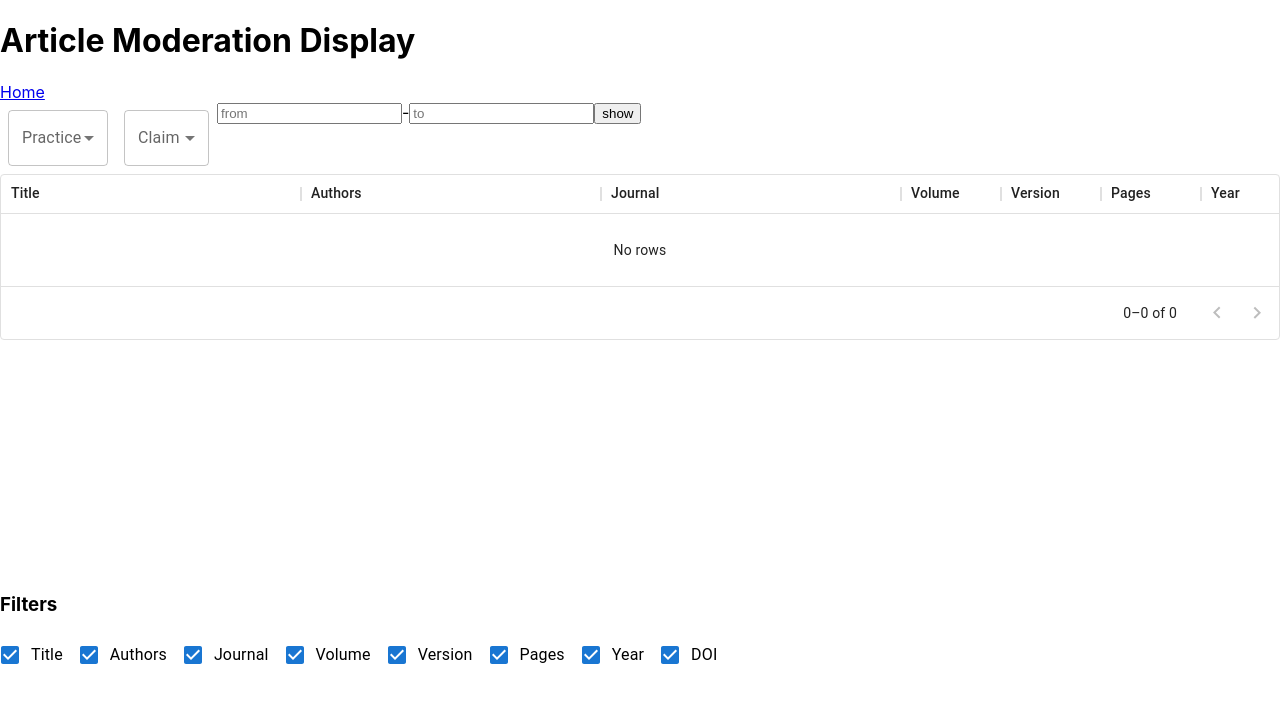
Repository: CamGham/CISE_SPEED
Page: /articleApprove (app in frontend/)
The author's editor kept a copy of each file at every save. The page is drawn from the files as they stood at one save, then again after the next save.
The browser window is 1280 px wide. The pictures show the whole page.
The page's requests for data from a server got no answer. The project was rebuilt for these pictures with package versions that can differ from the ones it lists, and the page was loaded fresh each time. No one was signed in, and anything a server would have sent is missing. Also part of the build but not shown: frontend/src/App.css, frontend/src/pages/Submission.js, frontend/src/pages/Home.js, frontend/src/pages/ArticleDisplay.js.

Above is the page before, as saved 2022-09-27 13:46:12.

### frontend/src/App.js
import './App.css';
import { BrowserRouter as Router, Route, Routes} from "react-router-dom";
import Submission from "./pages/Submission";
import Home from "./pages/Home";
import ArticleDisplay from './pages/ArticleDisplay';
import ArticleApprove from './pages/ArticleApprove';

function App() {
  return (
    <Router>
      <Routes>
        <Route path="/" element={<Home/>}/>
        <Route path="/createArticle" element={<Submission/>}/>
        <Route path="/showArticles" element={<ArticleDisplay/>}/>
        <Route path="/articleApprove" element={<ArticleApprove/>}/>
      </Routes>
    </Router>
  );
}

export default App;

### frontend/src/pages/ArticleApprove.js
import axios from 'axios';
import React, { useState, useEffect } from 'react';
import { Link } from 'react-router-dom';
import { TableGrid } from '../components/TableGrid';
import {
  Checkbox,
  FormControlLabel,
  Select,
  FormControl,
  MenuItem,
  InputLabel,
} from '@mui/material';

const ArticleApprove = () => {
  const [articles, setArticles] = useState([]);
  const [titleShow, setTitleShow] = useState(true);
  const [authorShow, setAuthorShow] = useState(true);
  const [journalShow, setJournalShow] = useState(true);
  const [volumeShow, setVolumeShow] = useState(true);
  const [versionShow, setVersionShow] = useState(true);
  const [pagesShow, setPagesShow] = useState(true);
  const [yearShow, setYearShow] = useState(true);
  const [doiShow, setDoiShow] = useState(true);
  // let articleList = useRef();

  const getArticles = async () => {
    await axios
      .get('http://localhost:8082/api/articles')
      .then((res) => {
        console.log(res.data);
        setArticles(res.data);
      })
      .catch((err) => {
        console.log('error');
      });
  };

  useEffect(() => {
    getArticles();
  }, []);

  const handleTitleChange = (event) => {
    setTitleShow(event.target.checked);
  };
  const handleAuthorChange = (event) => {
    setAuthorShow(event.target.checked);
  };
  const handleVolumeChange = (event) => {
    setVolumeShow(event.target.checked);
  };
  const handleJournalChange = (event) => {
    setJournalShow(event.target.checked);
  };
  const handleVersionChange = (event) => {
    setVersionShow(event.target.checked);
  };
  const handlePagesChange = (event) => {
    setPagesShow(event.target.checked);
  };
  const handleYearChange = (event) => {
    setYearShow(event.target.checked);
  };
  const handleDoiChange = (event) => {
    setDoiShow(event.target.checked);
  };

  return (
    <div>
      <h1>Article Moderation Display</h1>
      <div>
        <Link to="/">Home</Link>
      </div>
      <div>
        <FormControl sx={{ m: 1, minWidth: 100 }}>
          <InputLabel id="practice-dropdown">Practice</InputLabel>
          <Select
            labelId="practice-dropdown"
            id="practice-dropdown"
            // value={age}
            label="Practice"
            // onChange={handleChange}
          >
            <MenuItem value={10}>TDD</MenuItem>
            <MenuItem value={20}>BDD</MenuItem>
            <MenuItem value={30}>ATDD</MenuItem>
          </Select>
        </FormControl>
        <FormControl  sx={{ m: 1, minWidth: 85 }}>
          <InputLabel id="claim-dropdown">Claim</InputLabel>
          <Select
            labelId="claim-dropdown"
            id="claim-dropdown"
            // value={age}
            label="Claim"
            autoWidth
            // onChange={handleChange}
          >
            <MenuItem value={10}>Improves product quality</MenuItem>
            <MenuItem value={20}>Improves code quality</MenuItem>
            <MenuItem value={30}>Improves team confidence</MenuItem>
          </Select>
        </FormControl>
        <input placeholder='from'></input>
        -
        <input placeholder='to'></input>
        <button>show</button>
      </div>
      <div>
        <TableGrid
          articles={articles}
          titleShow={!titleShow}
          authorShow={!authorShow}
          journalShow={!journalShow}
          volumeShow={!volumeShow}
          versionShow={!versionShow}
          pagesShow={!pagesShow}
          yearShow={!yearShow}
          doiShow={!doiShow}

        />
      </div>
      <div>
        <h3>Filters</h3>
        <FormControlLabel
          label="Title"
          control={
            <Checkbox checked={titleShow} onChange={handleTitleChange} />
          }
        />
        <FormControlLabel
          label="Authors"
          control={
            <Checkbox checked={authorShow} onChange={handleAuthorChange} />
          }
        />
        <FormControlLabel
          label="Journal"
          control={
            <Checkbox checked={journalShow} onChange={handleJournalChange} />
          }
        />
        <FormControlLabel
          label="Volume"
          control={
            <Checkbox checked={volumeShow} onChange={handleVolumeChange} />
          }
        />
        <FormControlLabel
          label="Version"
          control={
            <Checkbox checked={versionShow} onChange={handleVersionChange} />
          }
        />
        <FormControlLabel
          label="Pages"
          control={
            <Checkbox checked={pagesShow} onChange={handlePagesChange} />
          }
        />
        <FormControlLabel
          label="Year"
          control={<Checkbox checked={yearShow} onChange={handleYearChange} />}
        />
        <FormControlLabel
          label="DOI"
          control={<Checkbox checked={doiShow} onChange={handleDoiChange} />}
        />
      </div>
    </div>
  );
};

export default ArticleApprove;

### frontend/src/components/TableGrid.js
import { DataGrid } from '@mui/x-data-grid';

export const TableGrid = (props) => {
  const {
    articles,
    titleShow,
    authorShow,
    journalShow,
    volumeShow,
    versionShow,
    pagesShow,
    yearShow,
    doiShow,
    moderatedShow,
  } = props;

  // define table columns
  const columns = [
    { field: 'id', headerName: 'ID', hide: true },
    { field: 'title', headerName: 'Title', width: 300, hide: titleShow },
    { field: 'authors', headerName: 'Authors', width: 300, hide: authorShow },
    { field: 'journal', headerName: 'Journal', width: 300, hide: journalShow },
    { field: 'volume', headerName: 'Volume', width: 100, hide: volumeShow },
    { field: 'version', headerName: 'Version', width: 100, hide: versionShow },
    { field: 'pages', headerName: 'Pages', width: 100, hide: pagesShow },
    { field: 'year', headerName: 'Year', width: 100, hide: yearShow },
    { field: 'doi', headerName: 'DOI', width: 100, hide: doiShow },
    { field: 'moderated', headerName: 'moderated', width: 100, hide: moderatedShow },
  ];

  // set article data under their respective table column name
  const rows = articles.map((row) => ({
    id: row._id,
    title: row.title,
    authors: row.authors,
    journal: row.journal,
    volume: row.volume,
    version: row.version,
    pages: row.pages,
    year: row.year,
    doi: row.doi,
    moderated: row.moderated,
  }));
  return (
    <div style={{ height: 400, width: '100%' }}>
      <DataGrid rows={rows} columns={columns} autoHeight={true} disableColumnMenu={true} density={'compact'} pageSize={4} />
    </div>
  );
};

Loaded but not shown: frontend/public/index.html (common file); frontend/src/index.js (common file); frontend/src/index.css (common file); frontend/src/reportWebVitals.js (common file)

After the next save:
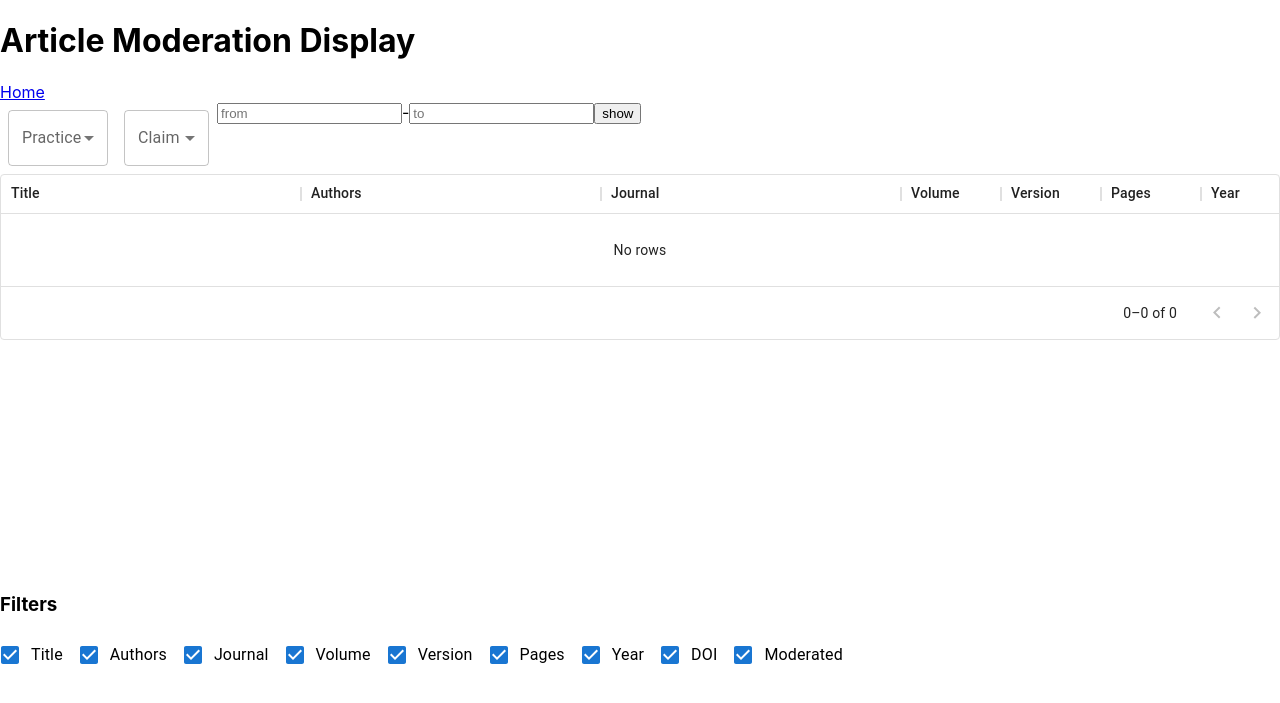
Saved 8 min 26 s later.
--- a/frontend/src/pages/ArticleApprove.js
+++ b/frontend/src/pages/ArticleApprove.js
@@ -21,6 +21,7 @@ const ArticleApprove = () => {
   const [pagesShow, setPagesShow] = useState(true);
   const [yearShow, setYearShow] = useState(true);
   const [doiShow, setDoiShow] = useState(true);
+  const [moderatedShow, setmoderatedShow] = useState(true);
   // let articleList = useRef();
 
   const getArticles = async () => {
@@ -62,6 +63,10 @@ const ArticleApprove = () => {
   };
   const handleDoiChange = (event) => {
     setDoiShow(event.target.checked);
+  };
+
+  const handleModeratedChange = (event) => {
+    setModeratedShow(event.target.checked);
   };
 
   return (
@@ -116,6 +121,7 @@ const ArticleApprove = () => {
           pagesShow={!pagesShow}
           yearShow={!yearShow}
           doiShow={!doiShow}
+          moderatedShow={!moderatedShow}
 
         />
       </div>
@@ -165,6 +171,10 @@ const ArticleApprove = () => {
           label="DOI"
           control={<Checkbox checked={doiShow} onChange={handleDoiChange} />}
         />
+        <FormControlLabel
+          label="Moderated"
+          control={<Checkbox checked={moderatedShow} onChange={handleModeratedChange} />}
+        />
       </div>
     </div>
   );
